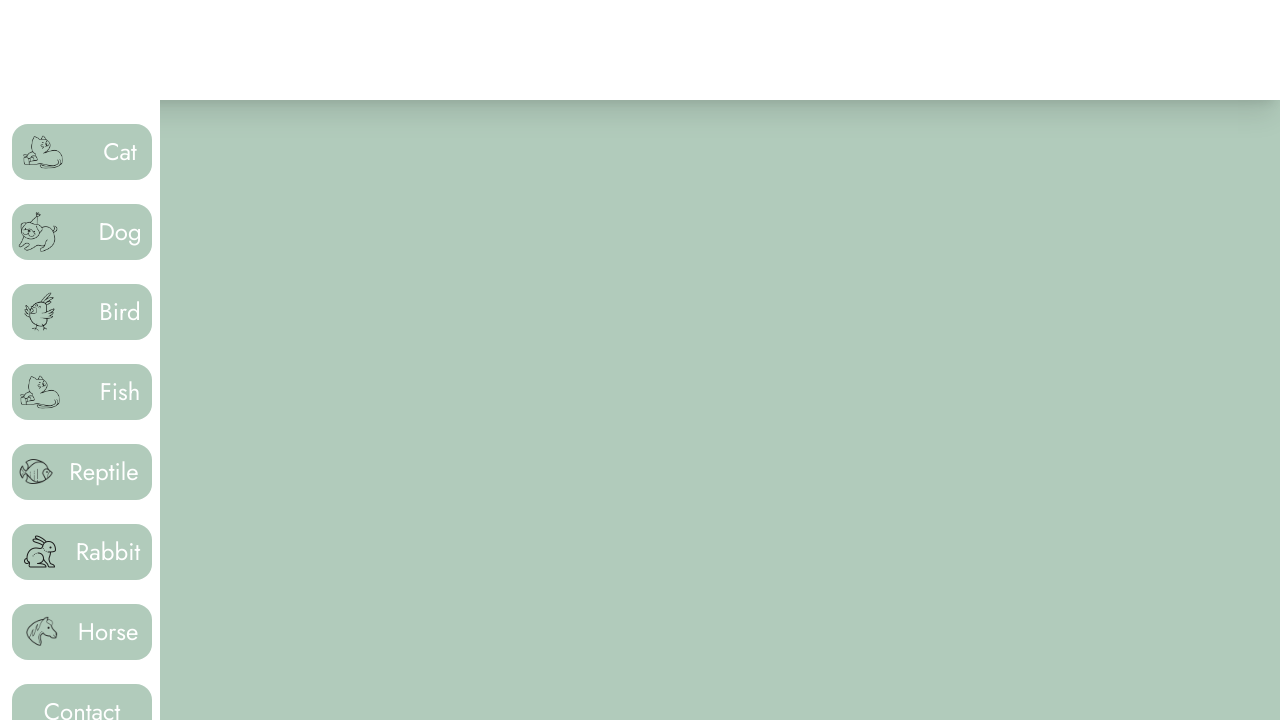
Repository: batu-call/batu-petshop
Page: /main (app in petshopp-appAdmin/admin/)
An editor plug-in stored every save of this project. The page is shown before and after a run of saves, followed by the edit.
The browser window is 1280 px wide. The pictures show the whole page.
The project was rebuilt for these pictures with package versions that can differ from the ones it lists, and the page was loaded fresh each time. The framework's server and built-in components were replaced by stand-ins that run in the browser. Also part of the build but not shown: petshopp-appAdmin/admin/next.config.ts.

Above is the page before, as saved 2025-09-19 22:25:06.

### petshopp-appAdmin/admin/src/app/layout.tsx
import type { Metadata } from "next";
import { Jost } from 'next/font/google';
import "./globals.css";

const jost = Jost({
  subsets: ['latin'],
  weight: ['400', '500', '700'],
});


export const metadata: Metadata = {
  title: "Batu Petshop AdminPanel",
  description: "Generated by create next app",
   icons: {
    icon: '/favicon.ico',
  },
};

export default function RootLayout({
  children,
}: Readonly<{
  children: React.ReactNode;
}>) {
  return (
    <html lang="en">
      <body
        className={`antialiased ${jost.className}`}
      >
        {children}
      </body>
    </html>
  );
}

### petshopp-appAdmin/admin/src/app/main/page.tsx
import React from 'react'
import Main from './controller/Main'


const page = () => {
  return (
    <div>
        <Main />
    </div>
  )
}

export default page

### petshopp-appAdmin/admin/src/app/globals.css
@import "tailwindcss";
@import "tw-animate-css";

@custom-variant dark (&:is(.dark *));

@layer utilities {
  .bg-primary {
    background-color: #B1CBBB;
  }
  .bg-secondary {
    background-color: #DDEEDD;
  }
  .bg-secondary_20 {
    background-color: rgba(221, 238, 221, 0.2);
  }
  .text-jost {
    font-family: 'Jost',sans-serif;
  }
  .text-color {
    color: #393E46;
  }
  .text-color2 {
    color: #B1CBBB;
  }
}

body {
  font-family: 'Jost', Arial, Helvetica, sans-serif
}

@theme inline {
  --radius-sm: calc(var(--radius) - 4px);
  --radius-md: calc(var(--radius) - 2px);
  --radius-lg: var(--radius);
  --radius-xl: calc(var(--radius) + 4px);
  --color-background: var(--background);
  --color-foreground: var(--foreground);
  --color-card: var(--card);
  --color-card-foreground: var(--card-foreground);
  --color-popover: var(--popover);
  --color-popover-foreground: var(--popover-foreground);
  --color-primary: var(--primary);
  --color-primary-foreground: var(--primary-foreground);
  --color-secondary: var(--secondary);
  --color-secondary-foreground: var(--secondary-foreground);
  --color-muted: var(--muted);
  --color-muted-foreground: var(--muted-foreground);
  --color-accent: var(--accent);
  --color-accent-foreground: var(--accent-foreground);
  --color-destructive: var(--destructive);
  --color-border: var(--border);
  --color-input: var(--input);
  --color-ring: var(--ring);
  --color-chart-1: var(--chart-1);
  --color-chart-2: var(--chart-2);
  --color-chart-3: var(--chart-3);
  --color-chart-4: var(--chart-4);
  --color-chart-5: var(--chart-5);
  --color-sidebar: var(--sidebar);
  --color-sidebar-foreground: var(--sidebar-foreground);
  --color-sidebar-primary: var(--sidebar-primary);
  --color-sidebar-primary-foreground: var(--sidebar-primary-foreground);
  --color-sidebar-accent: var(--sidebar-accent);
  --color-sidebar-accent-foreground: var(--sidebar-accent-foreground);
  --color-sidebar-border: var(--sidebar-border);
  --color-sidebar-ring: var(--sidebar-ring);
}

:root {
  --radius: 0.625rem;
  --background: oklch(1 0 0);
  --foreground: oklch(0.145 0 0);
  --card: oklch(1 0 0);
  --card-foreground: oklch(0.145 0 0);
  --popover: oklch(1 0 0);
  --popover-foreground: oklch(0.145 0 0);
  --primary: oklch(0.205 0 0);
  --primary-foreground: oklch(0.985 0 0);
  --secondary: oklch(0.97 0 0);
  --secondary-foreground: oklch(0.205 0 0);
  --muted: oklch(0.97 0 0);
  --muted-foreground: oklch(0.556 0 0);
  --accent: oklch(0.97 0 0);
  --accent-foreground: oklch(0.205 0 0);
  --destructive: oklch(0.577 0.245 27.325);
  --border: oklch(0.922 0 0);
  --input: oklch(0.922 0 0);
  --ring: oklch(0.708 0 0);
  --chart-1: oklch(0.646 0.222 41.116);
  --chart-2: oklch(0.6 0.118 184.704);
  --chart-3: oklch(0.398 0.07 227.392);
  --chart-4: oklch(0.828 0.189 84.429);
  --chart-5: oklch(0.769 0.188 70.08);
  --sidebar: oklch(0.985 0 0);
  --sidebar-foreground: oklch(0.145 0 0);
  --sidebar-primary: oklch(0.205 0 0);
  --sidebar-primary-foreground: oklch(0.985 0 0);
  --sidebar-accent: oklch(0.97 0 0);
  --sidebar-accent-foreground: oklch(0.205 0 0);
  --sidebar-border: oklch(0.922 0 0);
  --sidebar-ring: oklch(0.708 0 0);
}

.dark {
  --background: oklch(0.145 0 0);
  --foreground: oklch(0.985 0 0);
  --card: oklch(0.205 0 0);
  --card-foreground: oklch(0.985 0 0);
  --popover: oklch(0.205 0 0);
  --popover-foreground: oklch(0.985 0 0);
  --primary: oklch(0.922 0 0);
  --primary-foreground: oklch(0.205 0 0);
  --secondary: oklch(0.269 0 0);
  --secondary-foreground: oklch(0.985 0 0);
  --muted: oklch(0.269 0 0);
  --muted-foreground: oklch(0.708 0 0);
  --accent: oklch(0.269 0 0);
  --accent-foreground: oklch(0.985 0 0);
  --destructive: oklch(0.704 0.191 22.216);
  --border: oklch(1 0 0 / 10%);
  --input: oklch(1 0 0 / 15%);
  --ring: oklch(0.556 0 0);
  --chart-1: oklch(0.488 0.243 264.376);
  --chart-2: oklch(0.696 0.17 162.48);
  --chart-3: oklch(0.769 0.188 70.08);
  --chart-4: oklch(0.627 0.265 303.9);
  --chart-5: oklch(0.645 0.246 16.439);
  --sidebar: oklch(0.205 0 0);
  --sidebar-foreground: oklch(0.985 0 0);
  --sidebar-primary: oklch(0.488 0.243 264.376);
  --sidebar-primary-foreground: oklch(0.985 0 0);
  --sidebar-accent: oklch(0.269 0 0);
  --sidebar-accent-foreground: oklch(0.985 0 0);
  --sidebar-border: oklch(1 0 0 / 10%);
  --sidebar-ring: oklch(0.556 0 0);
}

@layer base {
  * {
    @apply border-border outline-ring/50;
  }
  body {
    @apply bg-background text-foreground;
  }
}

### petshopp-appAdmin/admin/src/app/main/controller/Main.tsx
import React from 'react'
import Image from 'next/image'
import Link from 'next/link'

const Main = () => {
  return (
    <div className='w-full h-screen bg-primary'>
      <div className='w-full h-25 bg-white shadow-xl '></div>
      <div className='w-40 h-screen bg-white fixed'>
        {/* Cat */}
        <Link href={"/Cat"}>
      <div className='bg-primary inline-block p-2 items-center mt-6 ml-3 rounded-2xl w-35'>
        <div className='flex gap-9 items-center justify-center'>
       <Image src="/cat_7721779.png" alt='cat-image'
       height={40}
       width={40}
       />
       <h2 className='text-2xl text-jost text-white p-1'>Cat</h2>
      </div>
      </div>
      </Link>
      {/* Dog */}
         <Link href={"/Dog"}>
       <div className='bg-primary inline-block p-2 items-center mt-6 ml-3 rounded-2xl w-35'>
        <div className='flex gap-9 items-center justify-center'>
       <Image src="/dog.png" alt='cat-image'
       height={40}
       width={40}
       />
       <h2 className='text-2xl text-jost text-white p-1'>Dog</h2>
      </div>
      </div>
      </Link>
      {/* BİRD */}
         <Link href={"/Bird"}>
       <div className='bg-primary inline-block p-2 items-center mt-6 ml-3 rounded-2xl w-35'>
        <div className='flex gap-9 items-center justify-center'>
       <Image src="/bird.png" alt='cat-image'
       height={40}
       width={40}
       />
       <h2 className='text-2xl text-jost text-white p-1'>Bird</h2>
      </div>
      </div>
      </Link>
      {/* FİSH */}
         <Link href={"/Fish"}>
       <div className='bg-primary inline-block p-2 items-center mt-6 ml-3 rounded-2xl w-35'>
        <div className='flex gap-9 items-center justify-center'>
       <Image src="/cat_7721779.png" alt='cat-image'
       height={40}
       width={40}
       />
       <h2 className='text-2xl text-jost text-white p-1'>Fish</h2>
      </div>
      </div>
      </Link>
      {/* Reptile */}
         <Link href={"/Reptile"}>
       <div className='bg-primary inline-block p-2 items-center mt-6 ml-3 rounded-2xl w-35'>
        <div className='flex gap-3 items-center justify-center'>
       <Image src="/fish.png" alt='cat-image'
       height={40}
       width={40}
       />
       <h2 className='text-2xl text-jost text-white mr-2'>Reptile</h2>
      </div>
      </div>
      </Link>
      {/* Rabbit */}
         <Link href={"/Rabbit"}>
       <div className='bg-primary inline-block p-2 items-center mt-6 ml-3 rounded-2xl w-35'>
        <div className='flex gap-3 items-center justify-center'>
       <Image src="/rabbit2.png" alt='cat-image'
       height={40}
       width={40}
       />
       <h2 className='text-2xl text-jost text-white p-1'>Rabbit</h2>
      </div>
      </div>
      </Link>
      {/* Horse */}
         <Link href={"/Horse"}>
       <div className='bg-primary inline-block p-2 items-center mt-6 ml-3 rounded-2xl w-35'>
        <div className='flex gap-3 items-center justify-center'>
       <Image src="/horse.png" alt='cat-image'
       height={40}
       width={40}
       />
       <h2 className='text-2xl text-jost text-white p-1'>Horse</h2>
      </div>
      </div>
      </Link>
      {/* Contact */}
         <Link href={"/Contact"}>
       <div className='bg-primary inline-block p-2 items-center mt-6 ml-3 rounded-2xl w-35'>
        <div className='flex gap-3 items-center justify-center'>
       <h2 className='text-2xl text-jost text-white p-1'>Contact</h2>
      </div>
      </div>
      </Link>
      {/* +category */}
       <div className='bg-primary inline-block p-2 items-center mt-6 ml-3 rounded-2xl w-35'>
        <div className='flex gap-3 items-center justify-center'>
       <h2 className='text-2xl text-jost text-white p-1'>+category</h2>
      </div>
      </div>
    </div>
    </div>
  )
}

export default Main

After the next 4 saves:
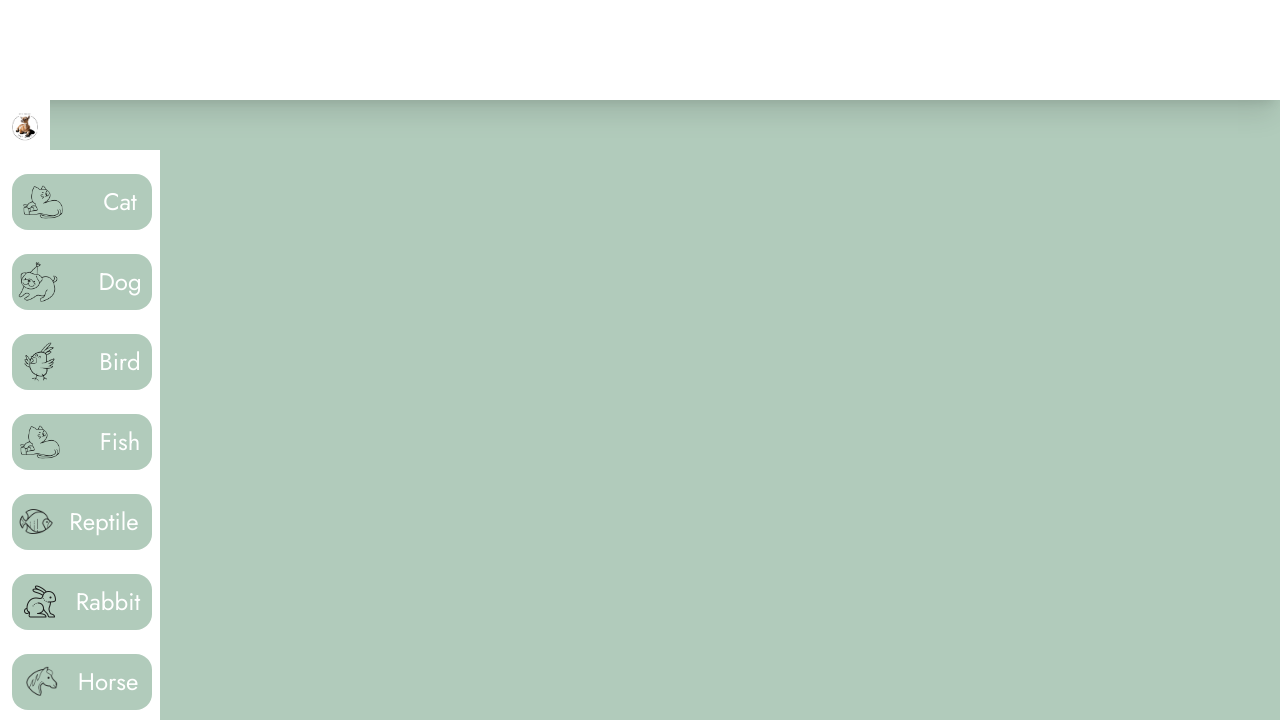
The 4 saves are shown as one change because 3 did not build or start.
The last was saved 4 min 20 s later.
--- a/petshopp-appAdmin/admin/src/app/main/controller/Main.tsx
+++ b/petshopp-appAdmin/admin/src/app/main/controller/Main.tsx
@@ -5,7 +5,13 @@
 const Main = () => {
   return (
     <div className='w-full h-screen bg-primary'>
-      <div className='w-full h-25 bg-white shadow-xl '></div>
+      {/* Navbar */}
+      <div className='w-full h-25 bg-white shadow-xl '>
+
+      </div>
+      <div>
+        <Image  src={"/logo.png"} alt='main-icon' width={50} height={50}/>
+      </div>
       <div className='w-40 h-screen bg-white fixed'>
         {/* Cat */}
         <Link href={"/Cat"}>

After the save that followed:
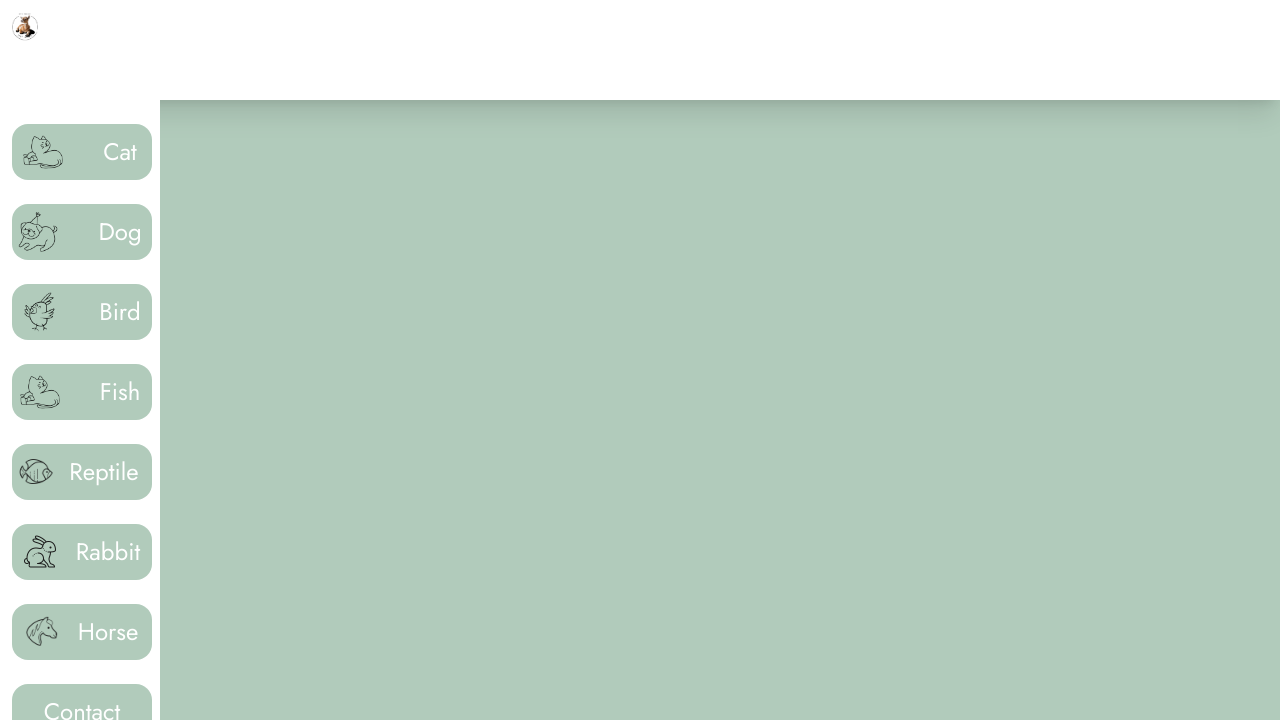
Saved 11 s later.
--- a/petshopp-appAdmin/admin/src/app/main/controller/Main.tsx
+++ b/petshopp-appAdmin/admin/src/app/main/controller/Main.tsx
@@ -8,9 +8,9 @@
       {/* Navbar */}
       <div className='w-full h-25 bg-white shadow-xl '>
 
-      </div>
       <div>
         <Image  src={"/logo.png"} alt='main-icon' width={50} height={50}/>
+      </div>
       </div>
       <div className='w-40 h-screen bg-white fixed'>
         {/* Cat */}
